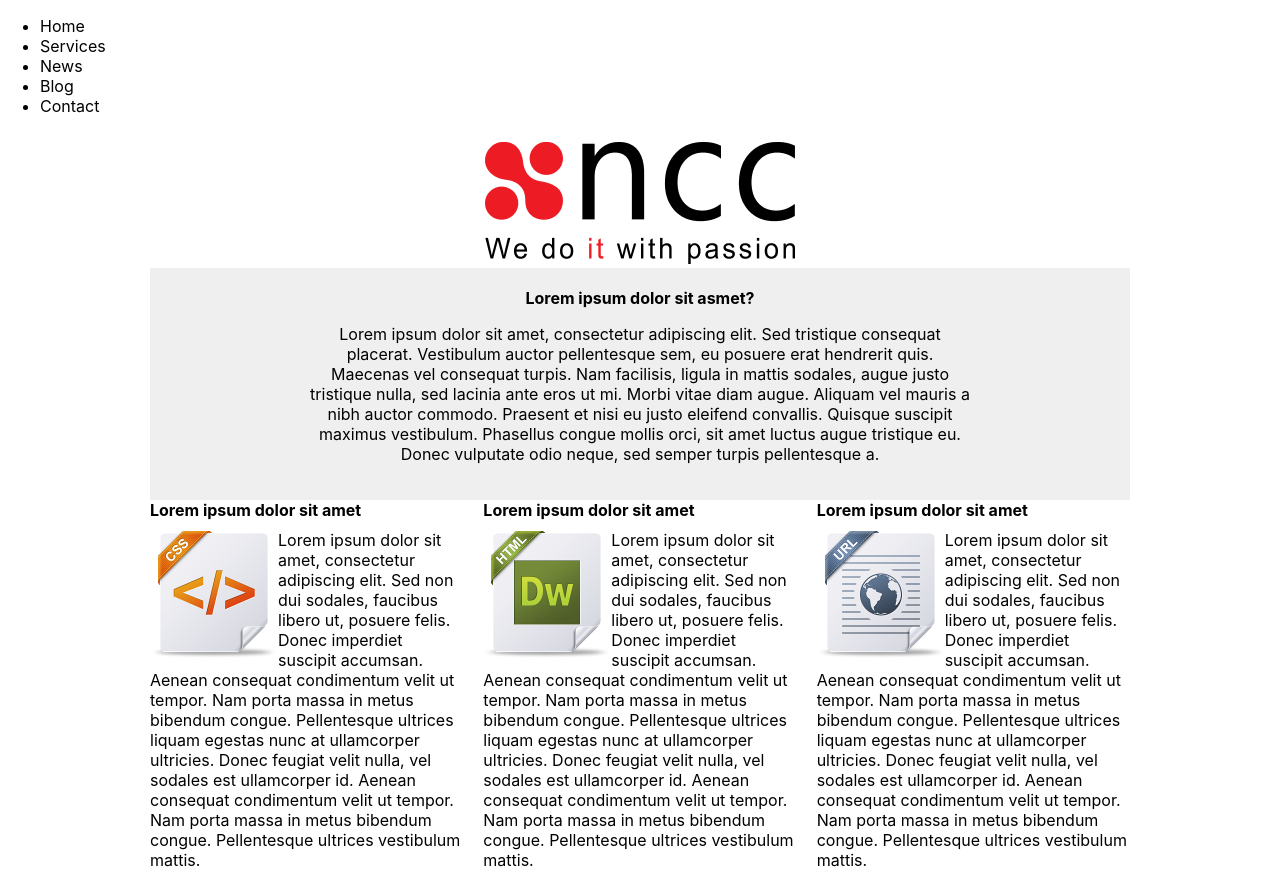
Repository: nganha241/testt
Page: /
The author's editor kept a copy of each file at every save. The page is drawn from the files as they stood at one save, then again after the next save.
The browser window is 1280 px wide. The pictures show the whole page.
The project was rebuilt for these pictures with package versions that can differ from the ones it lists, and the page was loaded fresh each time.

Above is the page before, as saved 2023-02-28 11:28:38.

After the next save:
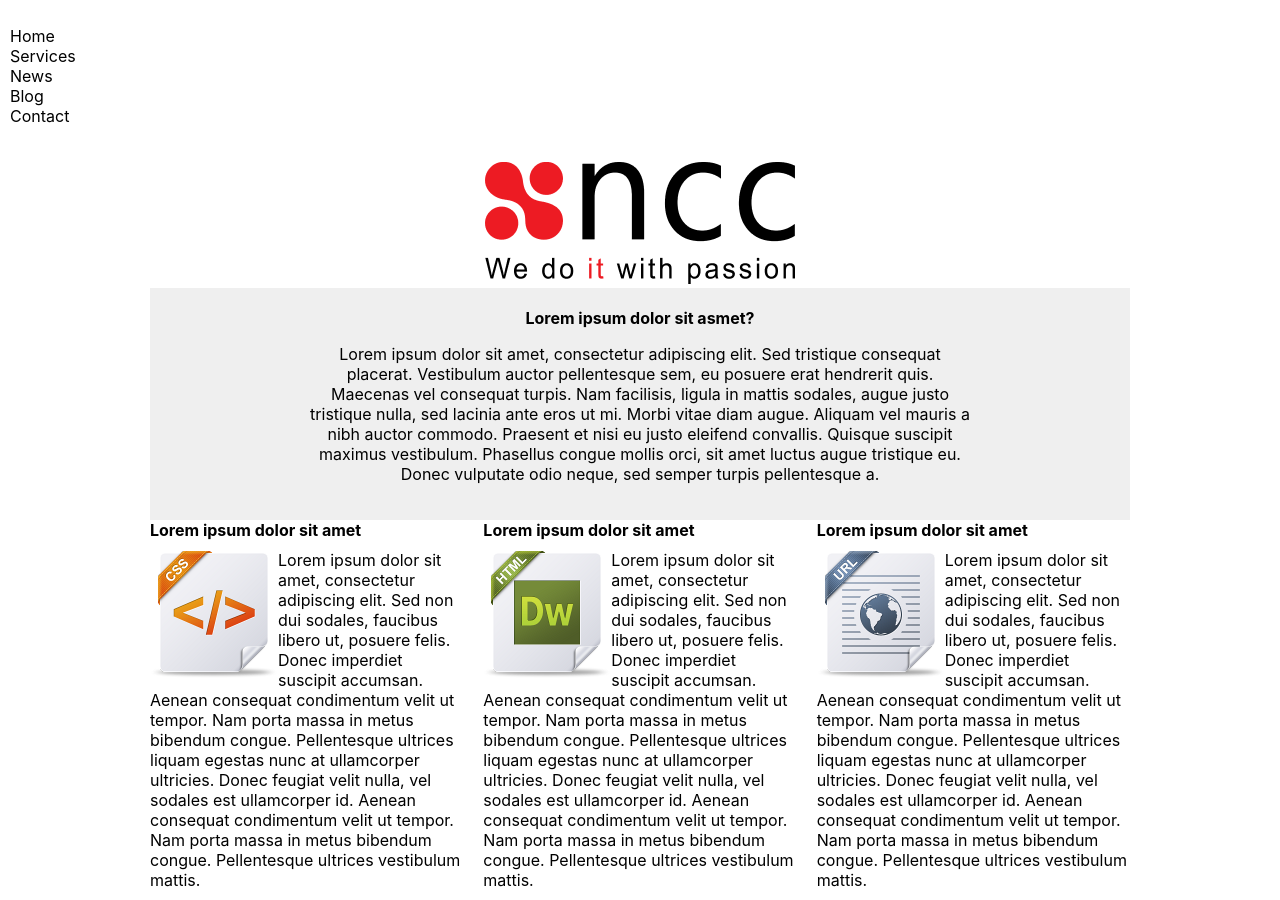
Saved 15 s later.
--- a/src/pages/Navbar/Navbar.css
+++ b/src/pages/Navbar/Navbar.css
@@ -1,3 +1,6 @@
-.nav-content .nav-content li {
+.nav-content {
+  padding: 10px;
+}
+.nav-content li {
   list-style-type: none;
 }
